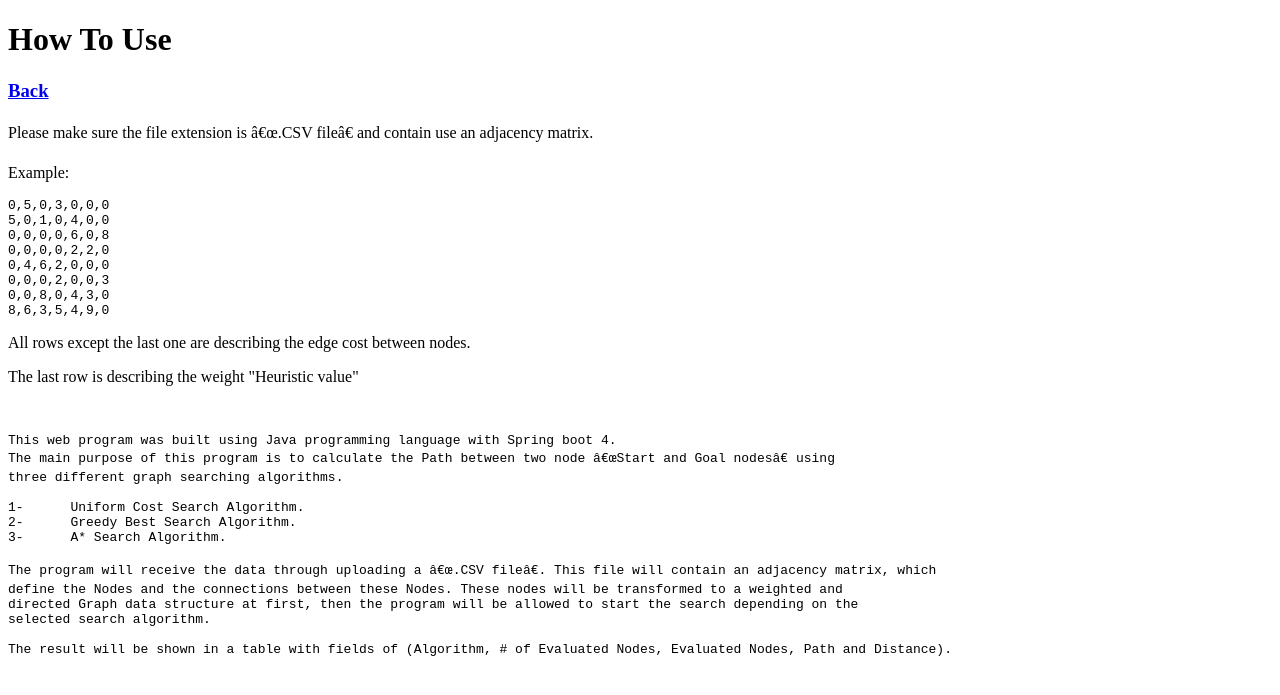
Repository: Anbousi/ITG-Task
Page: http://localhost/graphsearch/use.jsp
An editor plug-in stored every save of this project. The page is shown before and after the next save, followed by the edit.
The browser window is 1280 px wide. The pictures show the whole page.
The page is served by Tomcat 9.

Above is the page before, as saved 2021-12-31 12:28:37.

After the next save:
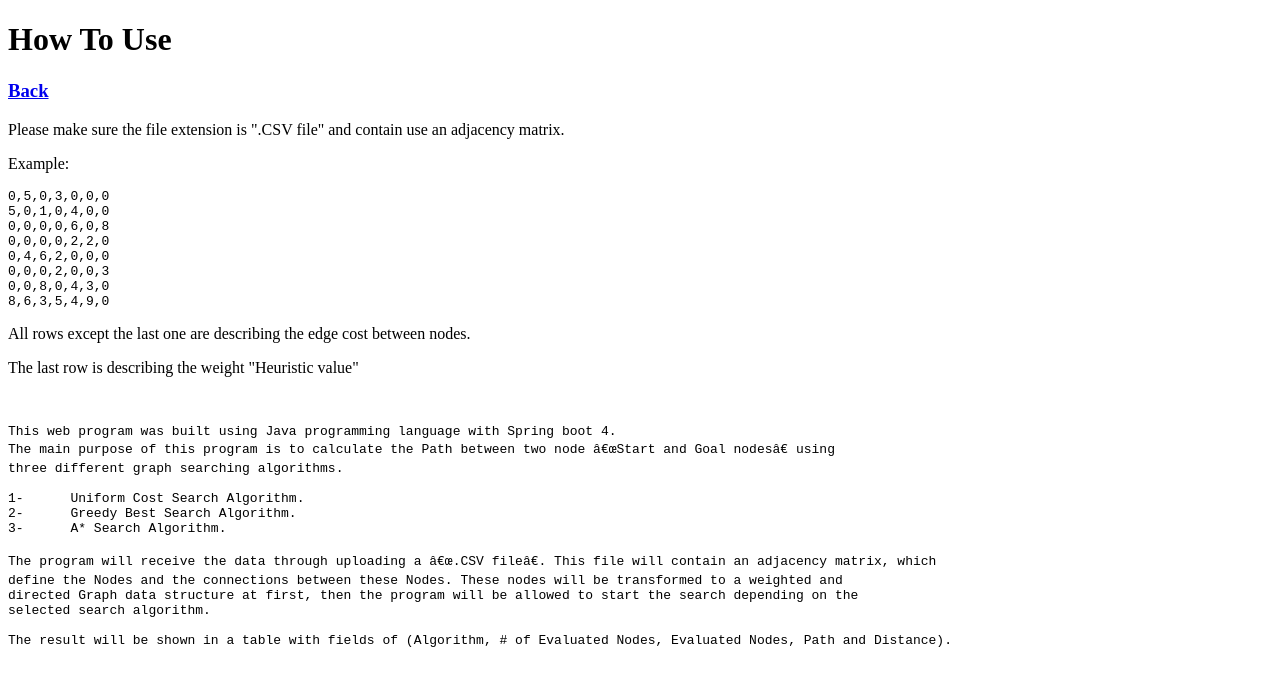
Saved 47 s later.
--- a/ITG/graphsearch/src/main/webapp/use.jsp
+++ b/ITG/graphsearch/src/main/webapp/use.jsp
@@ -10,7 +10,7 @@
 <div>
 <h1>How To Use</h1>
 <h3><a href="/">Back</a></h3>
-<p>Please make sure the file extension is “.CSV file” and contain  use an adjacency matrix.</p>
+<p>Please make sure the file extension is ".CSV file" and contain  use an adjacency matrix.</p>
 <p>Example:</p>
 <pre>
 0,5,0,3,0,0,0
